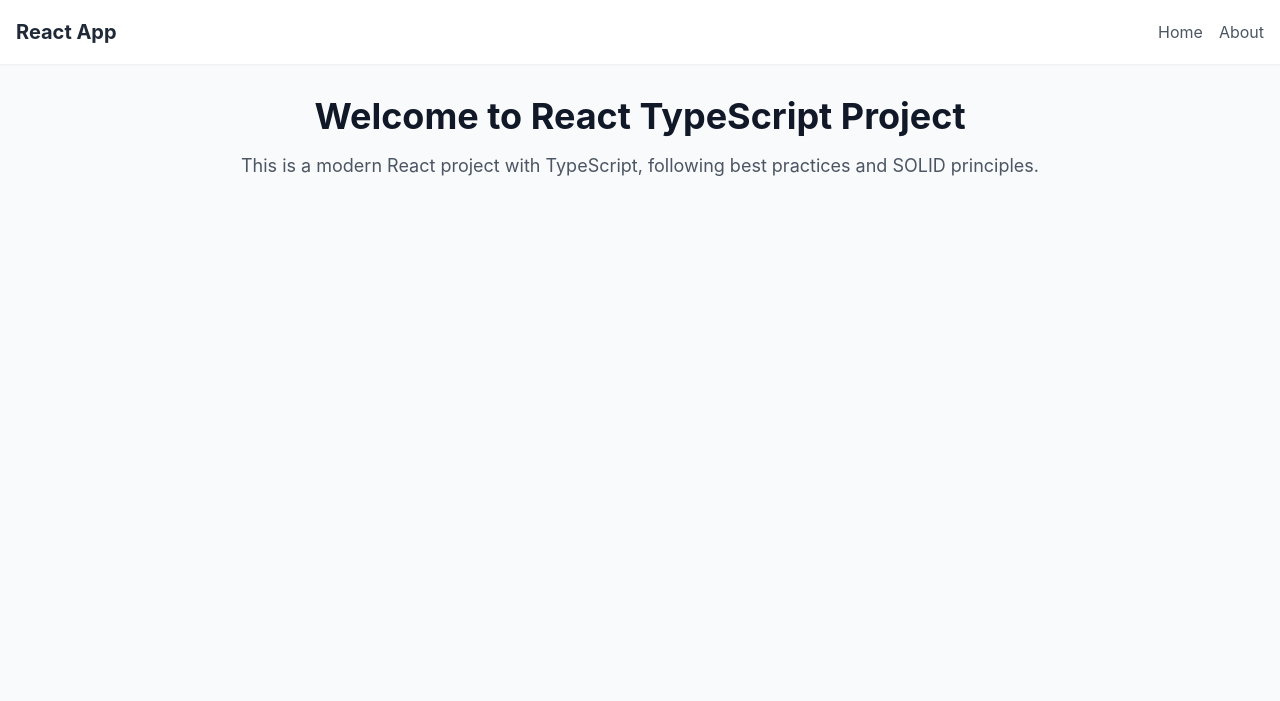
Repository: Tthiagoo/TEST
Page: /
These files come from the project's save history. The page is drawn as it stood at one moment and after the next save; the edit follows.
The browser window is 1280 px wide. The pictures show the whole page.
The project was rebuilt for these pictures with package versions that can differ from the ones it lists, and the page was loaded fresh each time. Also part of the build but not shown: vite.config.ts.

Above is the page before, as saved 2025-03-19 22:54:49.

After the next save:
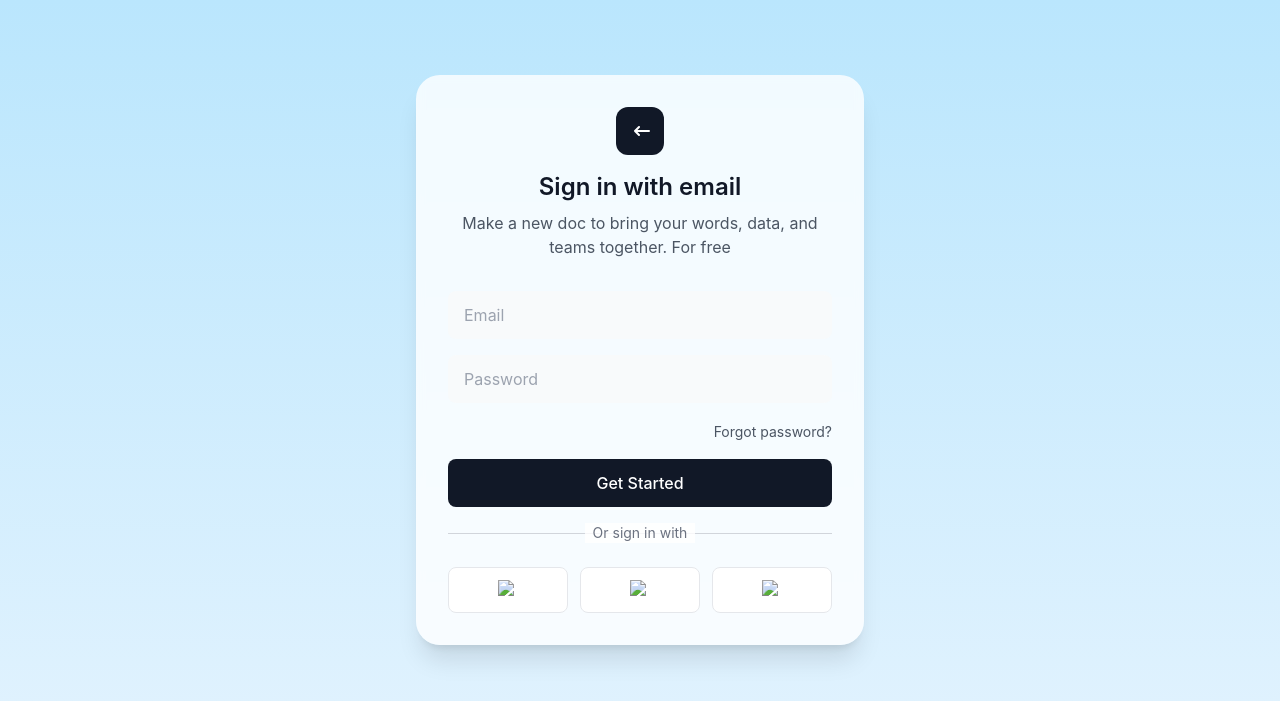
Saved 11 s later.
--- a/src/app/App.tsx
+++ b/src/app/App.tsx
@@ -1,15 +1,7 @@
-import { Routes, Route } from 'react-router-dom'
-import MainLayout from './layouts/MainLayout'
-import Home from './pages/Home'
+import LoginForm from '../features/auth/components/LoginForm'
 
 function App() {
-  return (
-    <Routes>
-      <Route element={<MainLayout />}>
-        <Route path="/" element={<Home />} />
-      </Route>
-    </Routes>
-  )
+  return <LoginForm />
 }
 
 export default App
